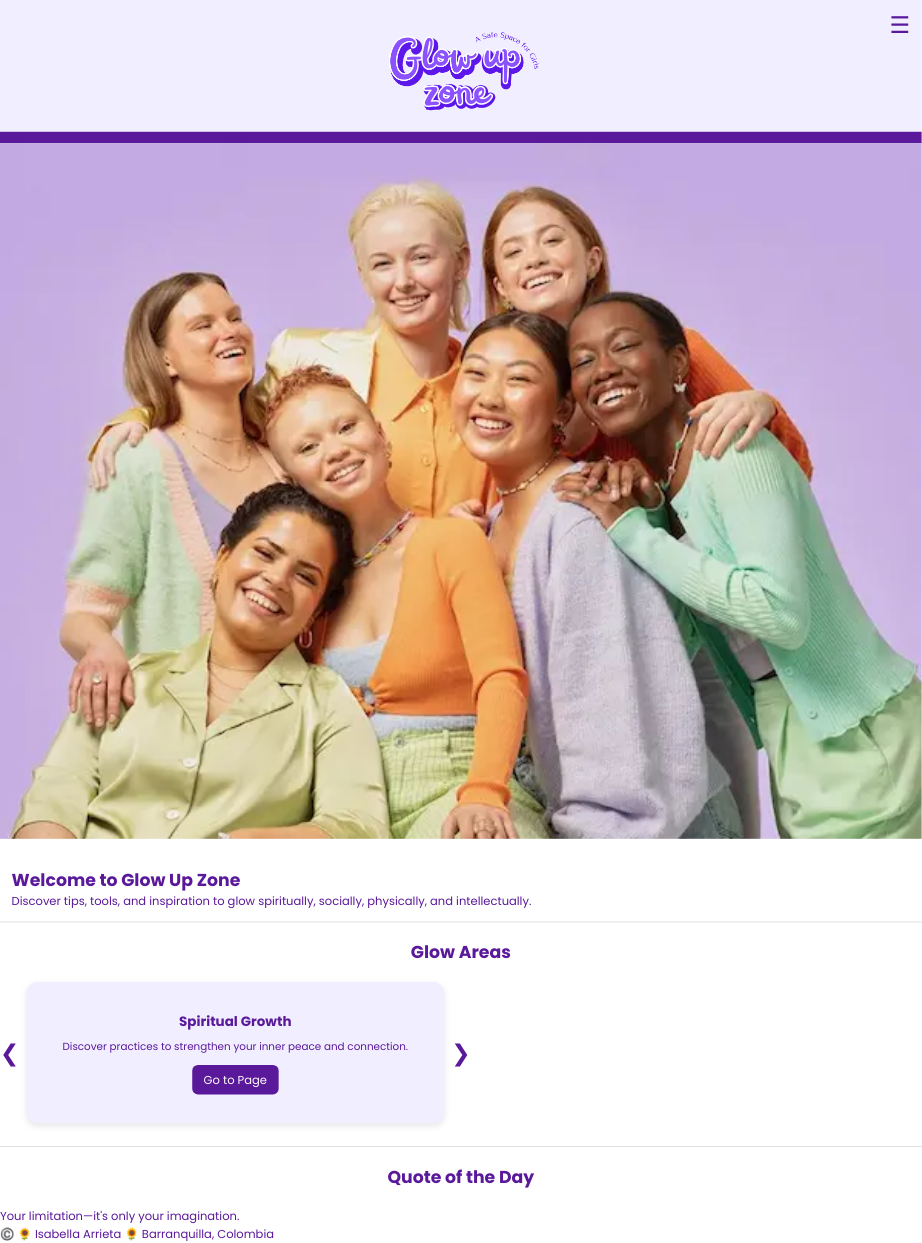
Repository: isaAJ05/wdd131
Page: final-project/final-project.html
The author's editor kept a copy of each file at every save. The page is drawn from the files as they stood at one save, then again after the next save.
The browser window is 1280 px wide. The pictures show the whole page, at 72% of full size.

Above is the page before, as saved 2025-08-09 01:30:12.

### final-project/final-project.html
<!DOCTYPE html>
<html lang="en">
<head>
    <meta charset="UTF-8">
    <meta name="viewport" content="width=device-width, initial-scale=1.0">
    <title>WDD 131 – Glow Up Zone</title>
    <meta name="description" content="WDD 131 – This website is a positive and inspiring space for girls who want to improve different areas of their lives. It will include tips and resources organized into four sections: Spiritual, Social, Physical, and Intellectual.">
    <meta name="author" content="Isabella Arrieta">
    <link rel="stylesheet" href="styles/final-project.css">
    <link rel="stylesheet" href="styles/final-project-large.css">
    <link rel="preconnect" href="https://fonts.googleapis.com">
    <link rel="preconnect" href="https://fonts.gstatic.com" crossorigin>
    <link href="https://fonts.googleapis.com/css2?family=Nunito:wght@300;400;700&family=Poppins:wght@400;600;700&family=Quicksand:wght@400;500;700&display=swap" rel="stylesheet">
    <script src="scripts/final-project.js" defer></script>
</head>
<body>
    <header>
        <div class="title">
            <img src="images/logo.png" alt="" title="">
        </div>
        <button type="button" id="menu" title="Hambutton"></button>
        <nav>
            <ul class="navigation">
			<li><a href="#" class="home">Home</a></li>
			<li><a href="#" class="old">Old</a></li>
			<li><a href="#" class="new">New</a></li>
			<li><a href="#" class="large">Large</a></li>
			<li><a href="#" class="small">Small</a></li>
		</ul>
        </nav>
    </header>
    <main>
        <div class="hero">
            <picture>
            <source media="(min-width: 700px)" srcset="">
            <img src="images/glow-2.webp" alt="" title="">
            </picture>
        </div>
        <section >
                <div class="one">
                <h1>Welcome to Glow Up Zone</h2>
                <p>Discover tips, tools, and inspiration to glow spiritually, socially, physically, and intellectually.</p>
                </div>
        </section>
        <div class="two">
        <h2>Glow Areas</h2>
        <section class="cards">
        <button class="arrow left">&#10094;</button>
        <div class="cards-container">
            <div class="card">
                <div class="card2">
                <h3 id="card-title"></h3>
                <p id="card-text"></p>
                <a id="card-link" href="#" class="btn">Go to Page</a>
                </div>
            </div>
        </div>
        <button class="arrow right">&#10095;</button>
        </div>
        </section>
        <section>
            <div class="quote">
                <h2>Quote of the Day</h2>
                <p id="quote-text"></p>
            </div>
        </section>

    </main>
    <footer>
            <p>
            ©️<span id="currentyear"></span> 🌻 Isabella Arrieta 🌻 Barranquilla, Colombia
        </p>
        <p class="last-modified">
            <span id="lastModified"></span>
        </p>
    </footer>

</body>
</html>

### final-project/styles/final-project.css
:root {
    --primary-color: #5a189a;
    --secondary-color: #06d6a0;
    --thirdary-color: #ff6f91;
    --accent-color: #3a86ff;
    --background-color: #f1efff;
    --font-one: "Poppins", sans-serif;
    --font-two: "Nunito", sans-serif;
    --font-three: "Quicksand", sans-serif;
}
* {
    box-sizing: border-box;
    margin: 0;
    padding: 0;
}

body {
    font-family: var(--font-one);
    color: var(--primary-color);
}

.title {
    text-align: center;
    background-color: var(--background-color);
}
.title img {
    width: 350px;
    height: auto;
}
.hero img{
    width: 100%;
    height: auto;
}
.one{
    border-bottom: #D6D6D6 1px solid;
    padding: 1rem;
    margin: 1rem 0;
}
nav{
    display: block;
    background-color: var(--primary-color);
}

#menu {
	font-size: 2rem;
	border: 0;
	background: none;
	position: absolute;
	top: 1rem;
	right: 1rem;
}

#menu::before {
	content: "☰";
    color: var(--primary-color);
}

#menu.open::before {
	content: "✖";
    color: white;
}

.navigation {
	list-style: none;
	display: flex;
	flex-direction: column;
    color: #fff;
    padding-top: 1rem;
    background-color: none;
}

.navigation a {
	display: none;
	color: #fff;
	text-align: center;
	text-decoration: none;
    padding: 0.5rem;
    font-size: 1rem;


}

.navigation a:hover {
	text-decoration: underline;
	background-color: #eee;
	color: #000;
}
.open a {
	display: block;
}
.open img{
    display: none;
}
h2{
    padding: 0.5rem;
    margin: 1rem 0;
    text-align: center;
}
.cards {
    display: flex;
    align-items: center;
    width: 100%;
}

.card {
    min-width: 80%;
    margin: 0 10px;
    padding: 20px;
    background: var(--background-color);
    border-radius: 15px;
    box-shadow: 0 4px 10px rgba(0,0,0,0.1);
    text-align: center;
}
.card2 {
    min-width: 80%;
    margin: 0 10px;
    padding: 20px;
    background: var(--background-color);
    text-align: center;
}

.card h3 {
    color: var(--primary-color);
    margin-bottom: 10px;
}

.card p {
    font-size: 0.9rem;
    margin-bottom: 15px;
}

.btn {
    display: inline-block;
    background: var(--primary-color);
    color: white;
    padding: 8px 16px;
    border-radius: 8px;
    text-decoration: none;
}
.btn:hover {
	background-color: var(--secondary-color);
    cursor: pointer;
	border: 1px solid gray;
}

.arrow {
    background: none;
    border: none;
    font-size: 2rem;
    cursor: pointer;
    color: var(--primary-color);
}
.two{
    border-bottom: #D6D6D6 1px solid;
    padding-bottom: 2rem;
}
quote{
    font-style: italic;
    text-align: center;
    padding: 1rem;
    margin: 1rem 0;
}

### final-project/scripts/final-project.js
const hamButton = document.querySelector('#menu');
const navigation = document.querySelector('.navigation');
const title = document.querySelector('.title');

hamButton.addEventListener('click', () => {
	navigation.classList.toggle('open');
    hamButton.classList.toggle('open');
    title.classList.toggle('open');
});
const cardsData = [
    {
        title: "Spiritual Growth",
        text: "Discover practices to strengthen your inner peace and connection.",
        link: "spiritual.html"
    },
    {
        title: "Social Skills",
        text: "Learn how to connect, communicate, and build strong relationships.",
        link: "social.html"
    },
    {
        title: "Intellectual Growth",
        text: "Boost your mind with tips, knowledge, and creative thinking.",
        link: "intellectual.html"
    },
    {
        title: "Physical Wellness",
        text: "Stay active and healthy with routines and self-care habits.",
        link: "physical.html"
    }
];

let currentIndex = 0;

const cardTitle = document.getElementById("card-title");
const cardText = document.getElementById("card-text");
const cardLink = document.getElementById("card-link");

function updateCard() {
    cardTitle.textContent = cardsData[currentIndex].title;
    cardText.textContent = cardsData[currentIndex].text;
    cardLink.href = cardsData[currentIndex].link;
}

document.querySelector(".arrow.right").addEventListener("click", () => {
    currentIndex = (currentIndex + 1) % cardsData.length;
    updateCard();
});

document.querySelector(".arrow.left").addEventListener("click", () => {
    currentIndex = (currentIndex - 1 + cardsData.length) % cardsData.length;
    updateCard();
});

updateCard();

const quotes = [
    "The best way to get started is to quit talking and begin doing.",
    "Do something today that your future self will thank you for.",
    "Don't watch the clock; do what it does. Keep going.",
    "Your limitation—it's only your imagination.",
    "Great things never come from comfort zones.",
    "Dream it. Wish it. Do it.",
    "Push yourself, because no one else is going to do it for you."
];

function getQuoteOfTheDay() {
    const today = new Date().toDateString();
    const savedDate = localStorage.getItem("quoteDate");
    const savedQuote = localStorage.getItem("quoteText");

    if (savedDate === today && savedQuote) {
        return savedQuote;
    } else {
        const randomIndex = Math.floor(Math.random() * quotes.length);
        const newQuote = quotes[randomIndex];
        localStorage.setItem("quoteDate", today);
        localStorage.setItem("quoteText", newQuote);
        return newQuote;
    }
}

document.getElementById("quote-text").textContent = getQuoteOfTheDay();

Loaded but not shown: final-project/styles/final-project-large.css (no copy from this time; the picture is the same without it)

After the next save:
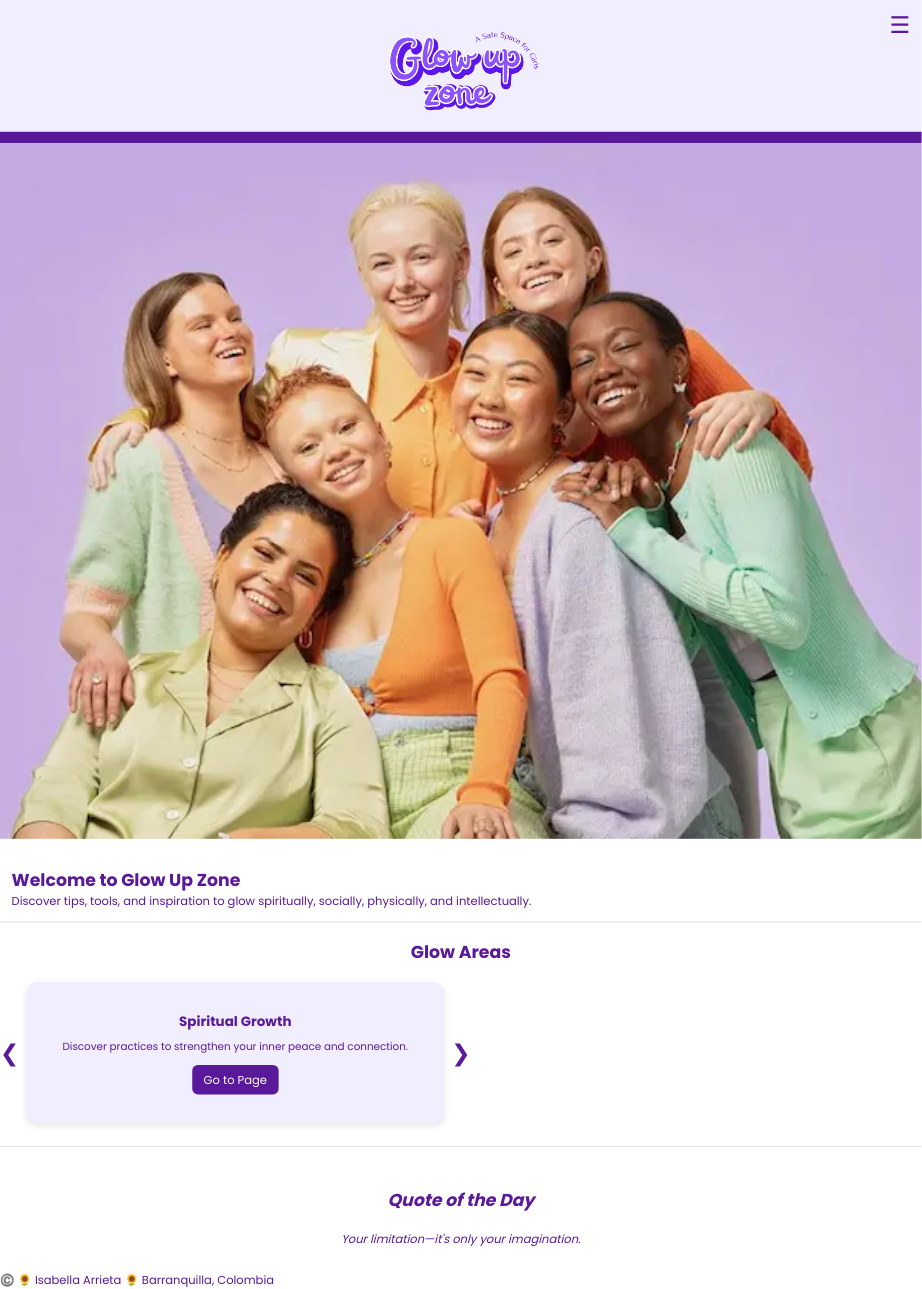
Saved 5 s later.
--- a/final-project/styles/final-project.css
+++ b/final-project/styles/final-project.css
@@ -154,7 +154,7 @@ h2{
     border-bottom: #D6D6D6 1px solid;
     padding-bottom: 2rem;
 }
-quote{
+.quote{
     font-style: italic;
     text-align: center;
     padding: 1rem;
